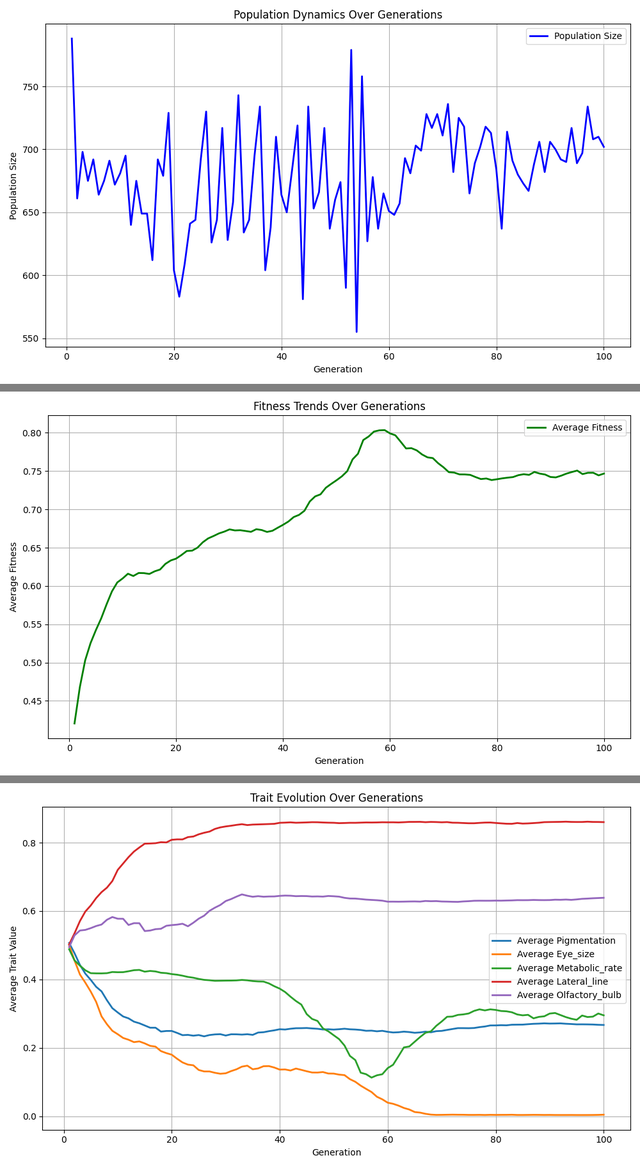
Repository: Christopher-Xu1/CaveEvolutionSimulator
Script's output: python src/simulation.py
An editor plug-in stored every save of this project. The script's output is shown before and after a run of saves, followed by the edit.
The pictures are shown at 64% of full size.
Each picture stacks the figures in order, with grey between them; figures that are only written to a file come last. Random numbers start from a fixed seed.

Above is the script's output before, as saved 2024-12-20 17:23:44.

After the next 2 saves:
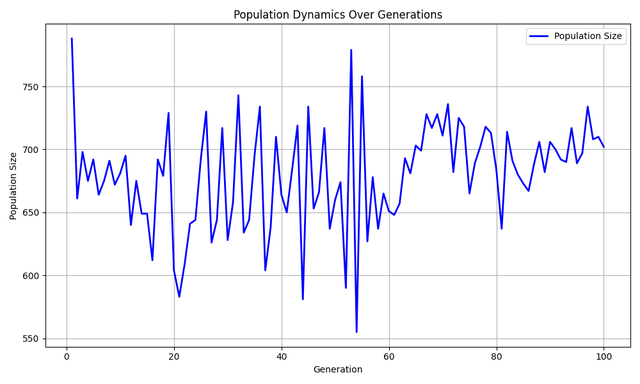
Error: NameError: name 'resource_usage_over_time' is not defined
The 2 saves are shown as one change because they came seconds apart.
The last was saved 46 s later.
--- a/src/simulation.py
+++ b/src/simulation.py
@@ -170,6 +170,17 @@ def plot_results_separate(population_sizes, average_fitness, trait_averages):
     plt.tight_layout()
     plt.show()
 
+    # Plot Resource Usage Over Generations
+    plt.figure(figsize=(10, 6))
+    plt.plot(generations, resource_usage_over_time, label="Resource Usage", color="purple", linewidth=2)
+    plt.xlabel("Generation")
+    plt.ylabel("Resource Usage")
+    plt.title("Resource Usage Over Generations")
+    plt.legend()
+    plt.grid(True)
+    plt.tight_layout()
+    plt.show()
+
     # Plot Average Fitness
     plt.figure(figsize=(10, 6))
     plt.plot(generations, average_fitness, label="Average Fitness", color="green", linewidth=2)

After the 3 saves that followed:
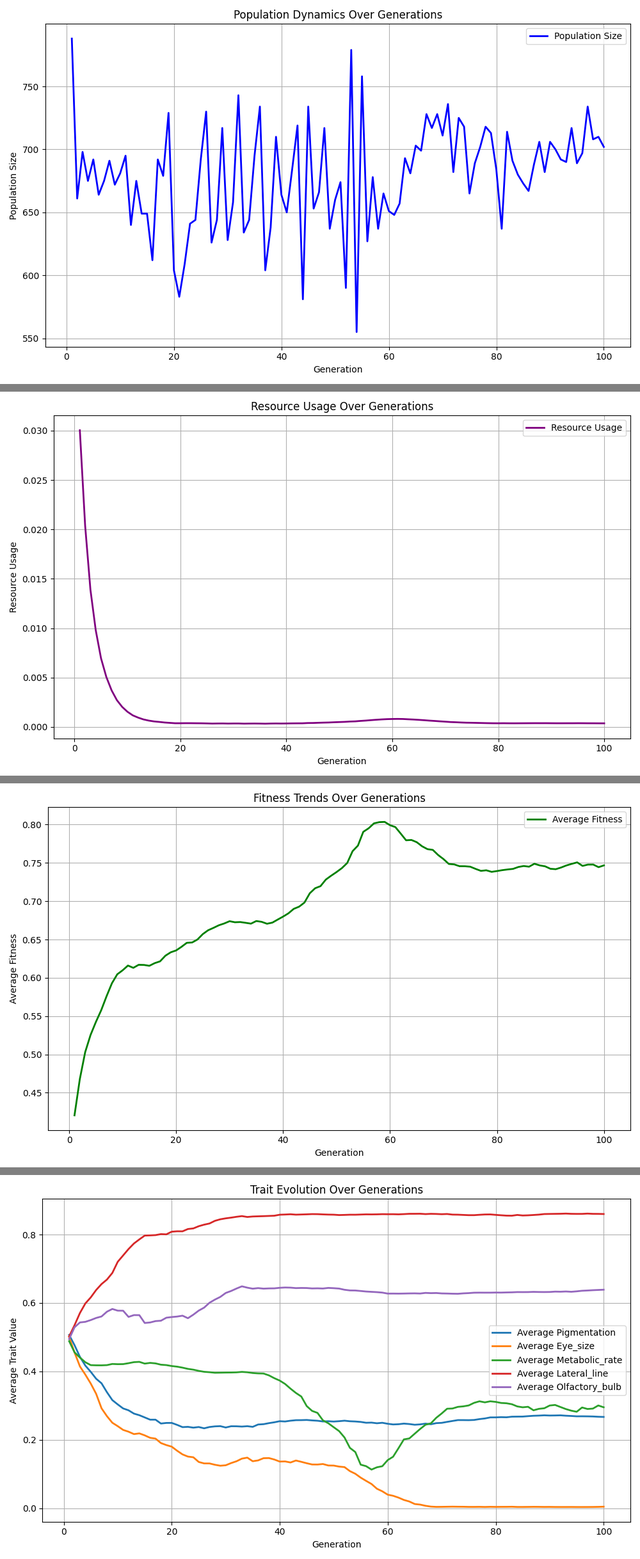
The error is gone.
The 3 saves are shown as one change because 1 did not build or start and some came seconds apart.
The last was saved 30 s later.
--- a/src/simulation.py
+++ b/src/simulation.py
@@ -153,10 +153,10 @@ def run_simulation(
         population_sizes.append(len(population))
 
     # Plotting Results
-    plot_results_separate(population_sizes, average_fitness, trait_averages)
-
-
-def plot_results_separate(population_sizes, average_fitness, trait_averages):
+    plot_results_separate(population_sizes, average_fitness, trait_averages, resource_usage_over_time)
+
+
+def plot_results_separate(population_sizes, average_fitness, trait_averages, resource_usage_over_time):
     generations = range(1, len(population_sizes) + 1)
 
     # Plot Population Size
